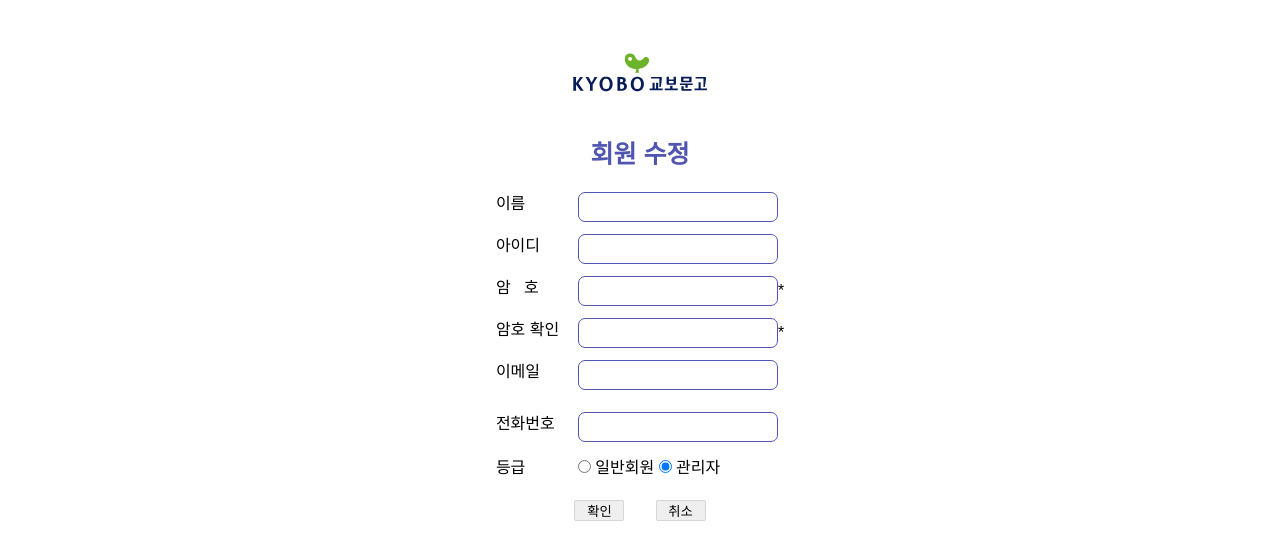
Repository: Yundanbi/Kyobo
Page: http://localhost/kyobo/memberUpdate.do
These files come from the project's save history. The page is drawn as it stood at one moment and after the next save; the edit follows.
The browser window is 1280 px wide. The pictures show the whole page.
The page is served by Tomcat 9. Other server files are loaded and not shown. Queries for data that is not in the repository find no rows.

Above is the page before, as saved 2025-06-18 01:04:31.

### kyobo/src/main/webapp/member/memberUpdate.jsp
<%@ page language="java" contentType="text/html; charset=UTF-8"
	pageEncoding="UTF-8"%>
<%@ taglib uri="http://java.sun.com/jsp/jstl/core" prefix="c"%>
<%
String path = request.getContextPath();
%>
<!DOCTYPE html>
<html>
<head>
<style>
* {
	margin: 0;
	padding: 0;
	box-sizing: border-box;
}

body {
	font-family: sans-serif;
	display: flex;
	justify-content: center;
	align-items: center;
	background: #fff;
	padding: 50px;
	flex-direction: column;
	transform-origin: top center;
}

.logo img {
	height: 50px;
	margin-bottom: 30px;
	width: 170px;
}

h2 {
	font-size: 25px;
	color: #5055b1;
	margin-bottom:10px;
}

p {
	font-size: 12px;
	color: gray;
	margin-top: 10px;
	margin-bottom: 20px;
}

.inputbox {
	width: 200px;
	height: 30px;
	background-color: white;
	border-radius: 7px;
	border: 1px solid #5055b1;
	font-size: 14px;
	margin-top: 10px;
	font-weight: 200%;
	padding-left: 10px;
}

.inputbox1 {
	width: 200px;
	height: 30px;
	background-color: white;
	border-radius: 7px;
	border: 1px solid #5055b1;
	margin-top: 10px;
	margin-bottom: 10px;
	font-size: 14px;
	margin-top: 20px;
	font-weight: 200%;
	padding-left: 10px;
}

td.tdbox {
	margin-bottom: 20px;
}

.checkbtn {
	background-color: white;
	border: 1px solid #d5d5d5;
	border-radius: 2px;
	padding: 4px;
}

.btn {
	border: 1px solid #d5d5d5;
	border-radius: 2px;
	width: 50px;
	margin-top: 20px;
}

td.radio {
	margin-top: 30px;
}
</style>
<meta charset="UTF-8">
<title>Insert title here</title>
<script type="text/javascript" src="script/member.js"></script>
</head>
<body>
	<div class="logo">
		<a href="<%=path%>/index.jsp"> <img
			src="<%=path%>/img/logo_book.svg" alt="교보문고 로고" />
		</a>
	</div>
	<h2>회원 수정</h2>
	<form action="memberUpdate.do" method="post" name="frm">

		<table>
			<tr>
				<td class="tdbox">이름</td>
				<td><input class="inputbox" type="text" name="username"
					size="20" value="${mVo.username}" readonly></td>
			</tr>
			<tr>
				<td class="tdbox">아이디</td>
				<td><input class="inputbox" type="text" name="userid" size="20"
					value="${mVo.userid}" readonly></td>
			</tr>
			<tr>
				<td class="tdbox">암 &nbsp; 호</td>
				<td><input class="inputbox" type="password" name="pwd"
					size="20">*</td>
			</tr>
			<tr height="30">
				<td class="tdbox" width="80">암호 확인</td>
				<td><input class="inputbox" type="password" name="pwd_check"
					size="20">*</td>
			</tr>
			<tr>
				<td class="tdbox">이메일</td>
				<td><input class="inputbox" type="text" name="email" size="20"
					value="${mVo.email}"></td>
			</tr>
			<tr>
				<td class="tdbox">전화번호</td>
				<td><input class="inputbox1" type="text" name="phone" size="20"
					value="${mVo.phone}"></td>
			</tr>
			<tr>
				<td class="tdbox">등급</td>
				<td class="tdbox"><c:choose>
						<c:when test="${mVo.admin==0}">
							<input type="radio" name="admin" value="0" checked="checked"> 일반회원
              <input type="radio" name="admin" value="1"> 관리자
            </c:when>
						<c:otherwise>
							<input type="radio" name="admin" value="0"> 일반회원
              <input type="radio" name="admin" value="1"
								checked="checked"> 관리자
            </c:otherwise>
					</c:choose></td>
			</tr>
			<tr>
				<td colspan="2" align="center"><input class="btn" type="submit"
					value="확인" onclick="return joinCheck()">
					&nbsp;&nbsp;&nbsp;&nbsp;&nbsp; <input class="btn" type="reset"
					value="취소"></td>
			</tr>
		</table>
	</form>
</body>
</html>

### kyobo/src/main/java/com/danbi/controller/MemberUpdateServlet.java
package com.danbi.controller;
import java.io.IOException;

import javax.servlet.RequestDispatcher;
import javax.servlet.ServletException;
import javax.servlet.annotation.WebServlet;
import javax.servlet.http.HttpServlet;
import javax.servlet.http.HttpServletRequest;
import javax.servlet.http.HttpServletResponse;

import com.danbi.dao.MemberDAO;
import com.danbi.dto.MemberVO;
@WebServlet("/memberUpdate.do")

public class MemberUpdateServlet extends HttpServlet {
	private static final long serialVersionUID = 1L;

	protected void doGet(HttpServletRequest request, HttpServletResponse response)
			throws ServletException, IOException {
		String userid = request.getParameter("userid");
		MemberDAO mDao = MemberDAO.getInstance();
		MemberVO mVo = mDao.getMember(userid);
		request.setAttribute("mVo", mVo);
		RequestDispatcher dispatcher = request.getRequestDispatcher("member/memberUpdate.jsp");
		dispatcher.forward(request, response);
	}

	protected void doPost(HttpServletRequest request, HttpServletResponse response)
			throws ServletException, IOException {
		request.setCharacterEncoding("UTF-8");

                       String userid = request.getParameter("userid");
                       String pwd = request.getParameter("pwd");
                       String email = request.getParameter("email");
                       String phone = request.getParameter("phone");
                       String admin = request.getParameter("admin");

                       MemberVO mVo = new MemberVO();
                       mVo.setUserid(userid);
                       mVo.setPwd(pwd);
                       mVo.setEmail(email);
                       mVo.setPhone(phone);
                       mVo.setAdmin(Integer.parseInt(admin));
                       MemberDAO mDao = MemberDAO.getInstance();
                       mDao.updateMember(mVo);
                       response.sendRedirect("login.do");
      }
}

### kyobo/src/main/java/com/danbi/dao/MemberDAO.java
package com.danbi.dao;
import java.sql.Connection;
import java.sql.PreparedStatement;
import java.sql.ResultSet;
import java.sql.SQLException;

import javax.naming.Context;
import javax.naming.InitialContext;
import javax.sql.DataSource;

import com.danbi.dto.MemberVO;

import util.DBManager;

public class MemberDAO {
		public MemberDAO() {

		}
		private static MemberDAO instance = new MemberDAO();

		public static MemberDAO getInstance() {
			return instance;
		}

		Connection conn = null;

		public Connection getConnection() throws Exception {
			Context initContext = new InitialContext();
			Context envContext = (Context) initContext.lookup("java:/comp/env");
			DataSource ds = (DataSource) envContext.lookup("jdbc/estoreDB");
			Connection conn = ds.getConnection();
			return conn;


		}
		public int userCheck(String userid,String pwd) {
			int result = -1;
			String sql = "select pwd from member where userid=?";
			Connection conn = null;
			PreparedStatement pstmt = null;
			ResultSet rs = null;
			try {
					conn = getConnection();
					pstmt = conn.prepareStatement(sql);
					pstmt.setString(1, userid);
					rs = pstmt.executeQuery();
					if (rs.next()) {
						if(rs.getString("pwd") !=null && rs.getString("pwd").equals(pwd)) {
							result=1;
						}else {
							result = 0;
						}
					}else {
						result = -1;
					}
			}catch (Exception e) {
				e.printStackTrace();
			}finally {
				try {
					if (rs !=null)
							rs.close();
					if (pstmt !=null)
							pstmt.close();
					if (conn !=null)
							conn.close();
				}catch (Exception e) {
					e.printStackTrace();
				}
			}
			return result;
		}
		 public MemberVO getMember(String userid) {

				MemberVO mVo = null;
				String sql = "select * from member where userid=?";
				Connection conn = null;
				PreparedStatement pstmt = null;
				ResultSet rs = null;
				try {
							conn = getConnection();
							pstmt = conn.prepareStatement(sql);
							pstmt.setString(1, userid);
							rs = pstmt.executeQuery();
							if (rs.next()) {
								mVo = new MemberVO();
								mVo.setUsername(rs.getString("username"));
								mVo.setUserid(rs.getString("userid"));
								mVo.setPwd(rs.getString("pwd"));
								mVo.setEmail(rs.getString("email"));
								mVo.setPhone(rs.getString("phone"));
								mVo.setAdmin(rs.getInt("admin"));

							}
				}catch (Exception e) {
						e.printStackTrace();

				}finally {
					try {
							if (rs !=null)
										rs.close();
							if (pstmt !=null)
										pstmt.close();
							if (conn !=null)
										conn.close();
					}catch (Exception e) {
							e.printStackTrace();
					}
				}
				return mVo;
			}

		 public int insertMember(MemberVO mVo) {
				int result = -1;
				String sql = "insert into member values(?,?,?,?,?,?)";
				Connection conn = null;
				PreparedStatement pstmt = null;
				try {
					conn = getConnection();
					pstmt = conn.prepareStatement(sql);
					pstmt.setString(1, mVo.getUsername());
					pstmt.setString(2, mVo.getUserid());
					pstmt.setString(3, mVo.getPwd());
					pstmt.setString(4, mVo.getEmail());
					pstmt.setString(5, mVo.getPhone());
					pstmt.setInt(6, mVo.getAdmin());
					result = pstmt.executeUpdate();
				} catch (Exception e) {
					e.printStackTrace();
				} finally {
					try {
						if (pstmt != null)
							pstmt.close();
						if (conn != null)
							conn.close();
					} catch (Exception e) {
						e.printStackTrace();
					}
				}
				return result;
			}

		  public int confirmID(String userid) {
				int result = -1;
				String sql = "select userid from member where userid=?";
				Connection conn = null;
				PreparedStatement pstmt = null;
				ResultSet rs = null;
				try {
					conn = getConnection();
					pstmt = conn.prepareStatement(sql);
					pstmt.setString(1, userid);
					rs = pstmt.executeQuery();
					if (rs.next()) {
						result = 1;
					} else {
						result = -1;
					}
				} catch (Exception e) {
					e.printStackTrace();
				} finally {
					try {
						if (rs != null)
							rs.close();
						if (pstmt != null)
							pstmt.close();
						if (conn != null)
							conn.close();
					} catch (Exception e) {
						e.printStackTrace();
					}
				}
				return result;

			}

		  public int updateMember(MemberVO mVo) {
				int result = -1;
				String sql = "update member set pwd=?, email=?," + "phone=?, admin=? where userid=?";
				Connection conn = null;
				PreparedStatement pstmt = null;
				try {
					conn = getConnection();
					pstmt = conn.prepareStatement(sql);
					pstmt.setString(1, mVo.getPwd());
					pstmt.setString(2, mVo.getEmail());
					pstmt.setString(3, mVo.getPhone());
					pstmt.setInt(4, mVo.getAdmin());
					pstmt.setString(5, mVo.getUserid());
					result = pstmt.executeUpdate();
				} catch (Exception e) {
					e.printStackTrace();
				} finally {
					try {
						if (pstmt != null)
							pstmt.close();
						if (conn != null)
							conn.close();
					} catch (Exception e) {
						e.printStackTrace();
					}
				}
				return result;
			}


		  public int checkAdmin(MemberVO mVo) {
			    int result = -1;
			    String sql = "select admin from member where userid=?";
			    try (Connection conn = getConnection();
			            PreparedStatement pstmt = conn.prepareStatement(sql)) {

			           pstmt.setString(1, mVo.getUserid());
			           ResultSet rs = pstmt.executeQuery();

			           if (rs.next()) {
			               result = rs.getInt("admin");
			           }

			       } catch (Exception e) {
			           e.printStackTrace();
			       }

			       return result;
			   }

		  public int deactivation(MemberVO mVo) {
			    int result = -1;
			    String sql = "DELETE FROM member WHERE userid=?";

			    try (Connection conn = DBManager.getConnection();
			         PreparedStatement pstmt = conn.prepareStatement(sql)) {

			        pstmt.setString(1, mVo.getUserid());
			        result = pstmt.executeUpdate();
			    } catch (SQLException e) {
			        e.printStackTrace();
			    }

			    return result;
			}

}

### kyobo/src/main/webapp/script/member.js
function loginCheck(){
			if(document.frm.userid.value.length ==0 ){
						alert("아이디를 써주세요");
						frm.userid.focus();
						return false;
			}
			if (document.frm.pwd.value == ""){
				alert("암호는 반드시 입력해야합니다.")
				frm.pwd.focus();
				return false;
			}
			console.log("loginCheck 호출됨");
			return true;

}

function idCheck() {
	if (document.frm.userid.value == "") {
		alert('아이디를 입력하여 주십시오.');
		document.frm.userid.focus();
		return;
	}
	var url = "idcheck.do?userid=" + document.frm.userid.value;
	window.open(url, "_blank_1", "toolbar=no, menubar=no, scrollbars=yes, resizable=no, width=450, height=200");
}

function idok(userid) {
	opener.frm.userid.value = document.frm.userid.value;
	opener.frm.reid.value = document.frm.userid.value;
	self.close();
}


function joinCheck() {
	if (document.frm.username.value.length == 0) {
		alert("이름을 써주세요.");
		frm.username.focus();
		return false;
	}
	if (document.frm.userid.value.length == 0) {
		alert("아이디를 써주세요");
		frm.userid.focus();
		return false;
	}
	if (document.frm.userid.value.length < 4) {
		alert("아이디는 4글자이상이어야 합니다.");
		frm.userid.focus();
		return false;
	}
	if (document.frm.pwd.value == "") {
		alert("암호는 반드시 입력해야 합니다.");
		frm.pwd.focus();
		return false;
	}
	if (document.frm.pwd.value != document.frm.pwd_check.value) {
		alert("암호가 일치하지 않습니다.");
		frm.pwd.focus();
		return false;
	}
	if (document.frm.reid.value.length == 0) {
		alert("중복 체크를 하지 않았습니다.");
		frm.userid.focus();
		return false;
	}
	return true;
}

### kyobo/src/main/webapp/img/logo_book.svg
<svg width="120" height="44" viewBox="0 0 120 44" fill="none" xmlns="http://www.w3.org/2000/svg">
<path d="M30.1306 23.4481C29.3894 23.4192 28.6499 23.5392 27.9559 23.8009C27.2618 24.0627 26.6272 24.4609 26.0896 24.9721C25.4974 25.6293 25.0405 26.3968 24.745 27.2307C24.4495 28.0646 24.3213 28.9486 24.3676 29.8321C24.3214 30.7154 24.4497 31.5992 24.7452 32.4329C25.0407 33.2666 25.4975 34.0339 26.0896 34.6911C27.2059 35.6822 28.6469 36.2295 30.1396 36.2295C31.6324 36.2295 33.0734 35.6822 34.1896 34.6911C35.37 33.3561 35.9803 31.6117 35.8896 29.8321C35.9807 28.052 35.3704 26.3072 34.1896 24.9721C33.6485 24.4611 33.0108 24.0632 32.3141 23.8015C31.6173 23.5398 30.8744 23.4197 30.1306 23.4481ZM32.4686 33.3601C32.1866 33.705 31.8291 33.9805 31.4238 34.1655C31.0184 34.3505 30.576 34.44 30.1306 34.4271C29.6876 34.4399 29.2475 34.3504 28.8448 34.1653C28.442 33.9802 28.0874 33.7046 27.8086 33.3601C27.1286 32.3144 26.8088 31.0752 26.8976 29.8311C26.8113 28.5871 27.1309 27.3487 27.8086 26.3021C28.0884 25.9597 28.4436 25.6867 28.8464 25.5046C29.2493 25.3224 29.6888 25.236 30.1306 25.2521C30.5747 25.2362 31.0166 25.3227 31.4219 25.5048C31.8273 25.6868 32.1854 25.9596 32.4686 26.3021C33.1428 27.3499 33.4587 28.5883 33.3686 29.8311C33.4612 31.0737 33.1452 32.3136 32.4686 33.3601Z" fill="#081D58"/>
<path d="M61.6955 24.972C60.5738 23.9897 59.1335 23.4482 57.6425 23.4482C56.1514 23.4482 54.7112 23.9897 53.5895 24.972C52.4004 26.3029 51.7857 28.0498 51.8795 29.832C51.7879 31.6147 52.4047 33.3612 53.5955 34.691C54.7127 35.6826 56.1547 36.2302 57.6485 36.2302C59.1423 36.2302 60.5842 35.6826 61.7015 34.691C62.8838 33.3572 63.4944 31.612 63.4015 29.832C63.4951 28.0516 62.8845 26.3059 61.7015 24.972M59.9815 33.36C59.6923 33.6952 59.3344 33.964 58.9319 34.1483C58.5295 34.3326 58.0921 34.428 57.6495 34.428C57.2069 34.428 56.7694 34.3326 56.367 34.1483C55.9646 33.964 55.6066 33.6952 55.3175 33.36C54.6408 32.3134 54.3225 31.0753 54.4105 29.832C54.3251 28.5887 54.6432 27.3511 55.3175 26.303C55.6098 25.973 55.9688 25.7088 56.3708 25.5278C56.7728 25.3468 57.2086 25.2532 57.6495 25.2532C58.0903 25.2532 58.5262 25.3468 58.9282 25.5278C59.3302 25.7088 59.6892 25.973 59.9815 26.303C60.655 27.3516 60.9708 28.59 60.8815 29.833C60.9735 31.0757 60.6575 32.3144 59.9815 33.361" fill="#081D58"/>
<path d="M18.673 35.938C18.567 35.8236 18.485 35.6891 18.4319 35.5424C18.3788 35.3957 18.3557 35.2398 18.364 35.084V30.648L22.5 23.717H19.668C19.868 23.917 19.892 24.247 19.644 24.637L17.405 28.517C15.522 25.108 15.524 25.011 15.183 24.389C14.918 23.921 14.692 23.717 14.189 23.717H11.959C12.2518 24.0303 12.5008 24.3818 12.699 24.762L15.999 30.616V35.083C16.0074 35.2388 15.9844 35.3946 15.9315 35.5412C15.8786 35.6879 15.7968 35.8225 15.691 35.937L18.673 35.938Z" fill="#081D58"/>
<path d="M39.834 35.9381C39.9407 35.8241 40.0233 35.6897 40.0768 35.5429C40.1302 35.3961 40.1534 35.2401 40.145 35.0841V24.5671C40.154 24.4112 40.131 24.2552 40.0776 24.1085C40.0241 23.9618 39.9412 23.8276 39.834 23.7141H43.881C45.821 23.7141 47.515 24.6501 47.515 26.4681C47.5261 26.933 47.417 27.3929 47.1981 27.8032C46.9793 28.2135 46.6582 28.5603 46.266 28.8101C46.9198 29.0312 47.4878 29.4517 47.8902 30.0124C48.2925 30.5732 48.509 31.2459 48.509 31.9361C48.5097 32.5169 48.3773 33.0901 48.122 33.6117C47.8666 34.1333 47.4951 34.5895 47.036 34.9451C46.134 35.6368 45.0165 35.9875 43.881 35.9351L39.834 35.9381ZM42.514 28.3321C43.0984 28.3909 43.6885 28.3195 44.242 28.1231C44.4946 28.024 44.7102 27.8488 44.8588 27.6218C45.0075 27.3949 45.082 27.1273 45.072 26.8561C45.061 26.6613 45.0112 26.4707 44.9257 26.2953C44.8402 26.12 44.7205 25.9634 44.5738 25.8349C44.4271 25.7063 44.2562 25.6082 44.0711 25.5465C43.886 25.4847 43.6905 25.4604 43.496 25.4751C43.1641 25.4638 42.8325 25.506 42.514 25.6001V28.3321ZM45.162 33.8801C45.4542 33.6872 45.6888 33.4187 45.8408 33.1032C45.9927 32.7877 46.0564 32.4369 46.025 32.0881C46.0113 31.8045 45.9394 31.5268 45.8139 31.2721C45.6883 31.0175 45.5117 30.7914 45.2951 30.6078C45.0785 30.4243 44.8264 30.2873 44.5546 30.2053C44.2828 30.1233 43.997 30.098 43.715 30.1311C43.3139 30.1271 42.9129 30.1505 42.515 30.2011V34.1181C43.3981 34.3546 44.3365 34.2699 45.163 33.8791" fill="#081D58"/>
<path d="M1.31002 35.0839C1.3183 35.2398 1.29512 35.3957 1.24186 35.5424C1.18861 35.6891 1.10636 35.8236 1.00002 35.9379H3.98802C3.88159 35.8237 3.79928 35.6892 3.74602 35.5425C3.69276 35.3957 3.66963 35.2398 3.67802 35.0839V30.3089L7.14702 35.2669C7.2425 35.47 7.39425 35.6415 7.58426 35.761C7.77428 35.8804 7.99458 35.9429 8.21902 35.9409H10.619C10.2919 35.6272 10.003 35.2762 9.75802 34.8949L5.83802 29.3409L9.83802 23.7169H6.89902C7.05102 23.9169 7.07102 24.1659 6.78402 24.6469L3.68402 29.1249V24.5669C3.67511 24.411 3.69799 24.2548 3.75128 24.108C3.80457 23.9612 3.88716 23.8268 3.99402 23.7129H0.999023C1.10579 23.8269 1.18832 23.9613 1.2416 24.1081C1.29489 24.2549 1.31782 24.411 1.30902 24.5669L1.31002 35.0839Z" fill="#081D58"/>
<path d="M67.2346 6.979C66.9569 6.72281 66.6307 6.52493 66.2752 6.39705C65.9197 6.26917 65.5421 6.2139 65.1649 6.2345C64.7877 6.25511 64.4184 6.35117 64.0789 6.51701C63.7395 6.68285 63.4367 6.91509 63.1886 7.2C61.7756 8.686 60.6766 9.239 59.3676 9.183C57.5396 9.104 56.6376 7.691 55.6986 5.907C55.3312 5.05654 54.7264 4.33002 53.9566 3.81445C53.1869 3.29888 52.2849 3.01611 51.3586 3C50.7138 3.00446 50.0767 3.14038 49.4862 3.39946C48.8957 3.65853 48.3643 4.03532 47.9243 4.50677C47.4844 4.97823 47.1453 5.53446 46.9276 6.14144C46.71 6.74843 46.6185 7.39343 46.6586 8.037C46.6945 9.62273 47.1673 11.1678 48.025 12.502C48.8827 13.8363 50.0919 14.9079 51.5196 15.599C53.1121 16.3981 54.8641 16.8284 56.6456 16.858C56.5252 17.9401 56.2905 19.0063 55.9456 20.039H59.3086C58.9494 18.9729 58.7103 17.8701 58.5956 16.751C63.5216 16.112 65.8596 13.872 67.1416 11.74C67.6834 10.9123 67.9875 9.95171 68.0206 8.963C68.0307 8.59686 67.967 8.23243 67.8334 7.89141C67.6997 7.55039 67.4988 7.23976 67.2426 6.978M51.3816 9.536C51.0412 9.55969 50.7014 9.48175 50.4053 9.31206C50.1092 9.14237 49.8701 8.88857 49.7185 8.58286C49.5668 8.27714 49.5094 7.93328 49.5534 7.59486C49.5974 7.25645 49.741 6.93873 49.9658 6.682C50.1906 6.42527 50.4866 6.24108 50.8163 6.1528C51.1459 6.06452 51.4944 6.07612 51.8174 6.18613C52.1405 6.29614 52.4236 6.49961 52.6308 6.77073C52.8381 7.04185 52.9602 7.36841 52.9816 7.709C53.0104 8.16315 52.8583 8.61024 52.5585 8.95258C52.2587 9.29492 51.8356 9.50467 51.3816 9.536Z" fill="#6DB329"/>
<path d="M113.393 28.3181H111.536V33.8781H107.988V35.3341H119.006V33.8781H113.398L113.393 28.3181Z" fill="#081D58"/>
<path d="M115.861 32.4649H117.072C117.526 30.1329 117.848 27.2179 118.036 25.2649C118.141 24.2109 118.146 23.6589 117.199 23.6589H108.923V25.1139H115.861V32.4649Z" fill="#081D58"/>
<path d="M97.3025 28.4399H105.357V23.6089H96.1495V27.2859C96.1264 27.4429 96.1403 27.603 96.19 27.7537C96.2398 27.9044 96.3239 28.0413 96.4359 28.1538C96.5478 28.2662 96.6844 28.351 96.8349 28.4013C96.9853 28.4517 97.1454 28.4663 97.3025 28.4439M103.285 26.9849H98.2225V25.0639H103.285V26.9849Z" fill="#081D58"/>
<path d="M98.4728 31.853H96.4028V34.72C96.3794 34.8765 96.3929 35.0363 96.4422 35.1867C96.4915 35.337 96.5752 35.4738 96.6867 35.5861C96.7982 35.6984 96.9344 35.783 97.0844 35.8334C97.2344 35.8837 97.3941 35.8983 97.5508 35.876H105.38V34.42H98.4718L98.4728 31.853Z" fill="#081D58"/>
<path d="M95.1123 30.9089H99.9243V33.1769H101.995V30.9089H106.38V29.4529H95.1123V30.9089Z" fill="#081D58"/>
<path d="M76.0076 28.7119H74.1516V33.8779H72.8866V28.7119H71.0286V33.8779H68.5166V35.3349H79.9866V33.8779H76.0036L76.0076 28.7119Z" fill="#081D58"/>
<path d="M77.0538 32.4649H78.2638C78.7188 30.1329 79.0388 27.2179 79.2288 25.2649C79.3288 24.2109 79.3398 23.6589 78.3908 23.6589H69.7568V25.1139H77.0568L77.0538 32.4649Z" fill="#081D58"/>
<path d="M88.5873 31.3931H86.5163V33.8791H81.7773V35.3351H93.2573V33.8781H88.5873V31.3931Z" fill="#081D58"/>
<path d="M84.5396 30.6091H90.4896C90.6465 30.6314 90.8064 30.6168 90.9566 30.5666C91.1069 30.5163 91.2434 30.4317 91.3553 30.3195C91.4672 30.2074 91.5514 30.0706 91.6013 29.9202C91.6511 29.7698 91.6653 29.6099 91.6426 29.4531V23.5381H89.5676V25.9381H85.4596V23.5381H83.3846V29.4531C83.3618 29.6101 83.376 29.7702 83.4259 29.9208C83.4759 30.0714 83.5603 30.2082 83.6725 30.3205C83.7846 30.4327 83.9214 30.5172 84.0719 30.5673C84.2224 30.6174 84.3826 30.6317 84.5396 30.6091ZM89.5686 27.3881V29.3571H85.4606V27.3881H89.5686Z" fill="#081D58"/>
</svg>

After the next save:
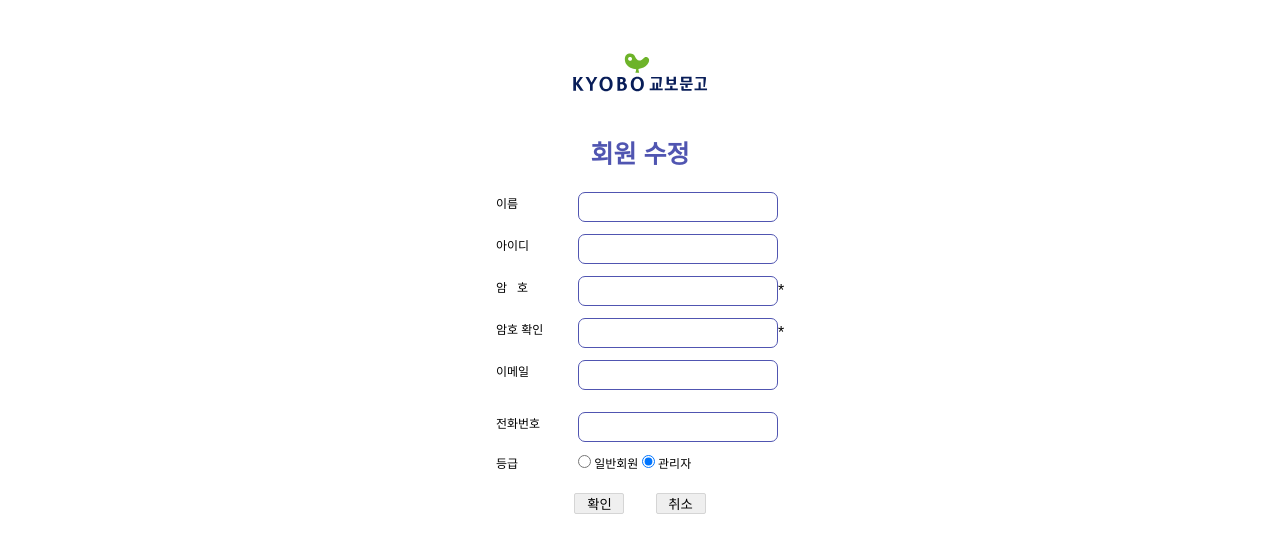
Saved 84 s later.
--- a/kyobo/src/main/webapp/member/memberUpdate.jsp
+++ b/kyobo/src/main/webapp/member/memberUpdate.jsp
@@ -71,7 +71,8 @@
 }
 
 td.tdbox {
-	margin-bottom: 20px;
+	margin-bottom: 10px;
+	font-size:12px;
 }
 
 .checkbtn {
